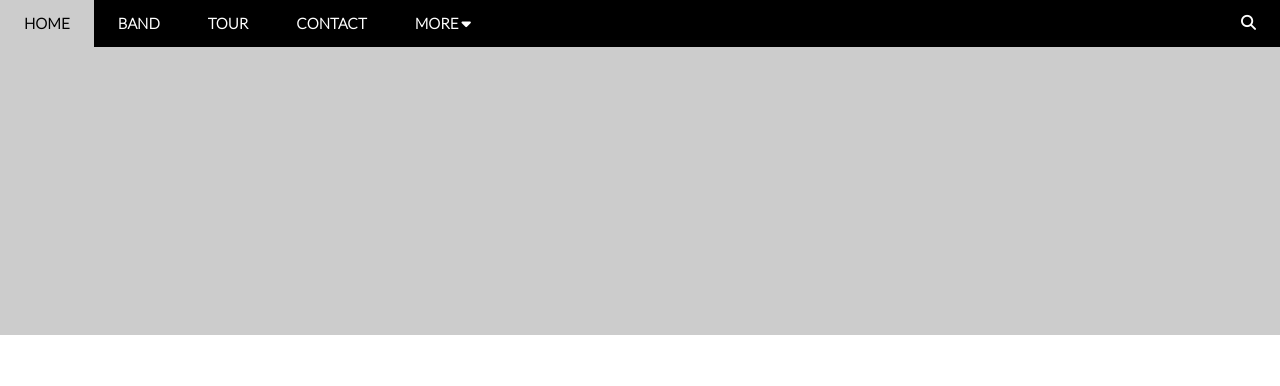
Repository: vanmanhAI/project-03-w3
Page: index.html
An editor plug-in stored every save of this project. The page is shown before and after a run of saves, followed by the edit.
The browser window is 1280 px wide. The pictures show the whole page.
Some web libraries are served in a nearby version.

Above is the page before, as saved 2022-07-09 21:29:08.

### index.html
<html lang="en">
<head>
    <meta charset="UTF-8">
    <meta http-equiv="X-UA-Compatible" content="IE=edge">
    <meta name="viewport" content="width=device-width, initial-scale=1.0">
    <title>Document</title>
    <link rel="stylesheet" href="./assets/css/style.css">
    <!-- icons -->
    <link rel="stylesheet" href="https://cdnjs.cloudflare.com/ajax/libs/font-awesome/6.1.1/css/all.min.css" integrity="sha512-KfkfwYDsLkIlwQp6LFnl8zNdLGxu9YAA1QvwINks4PhcElQSvqcyVLLD9aMhXd13uQjoXtEKNosOWaZqXgel0g==" crossorigin="anonymous" referrerpolicy="no-referrer" />
    <!-- font -->
    <link rel="preconnect" href="https://fonts.googleapis.com">
<link rel="preconnect" href="https://fonts.gstatic.com" crossorigin>
<link href="https://fonts.googleapis.com/css2?family=Lato:wght@300&display=swap" rel="stylesheet">
</head>
<body>
    <div id="main">
        <div id="header">
            <ul id="nav">
                <li><a href="#">home</a></li>
                <li><a href="#">band</a></li>
                <li><a href="#">tour</a></li>
                <li><a href="#">contact</a></li>
                <li>
                    <a href="#">
                        more
                        <i class="fa-solid fa-caret-down subnav-caret"></i>
                    </a>
                    <ul class="subnav">
                        <li><a href="#">merchandise</a></li>
                        <li><a href="#">extras</a></li>
                        <li><a href="#">media</a></li>
                    </ul>
                </li>
            </ul>
            <i class="fa-solid fa-magnifying-glass header-search"></i>
        </div>

        <div id="slider"></div>

        <div id="content"></div>

        <div id="footer"></div>
    </div>
</body>
</html>

### assets/css/style.css
* {
    padding: 0;
    margin: 0;
    box-sizing: border-box;
}
html {
    font-size: 62.5%;
}
:root {
    --lineheight-nav: 2.25rem;
    --padding-nav: 1.2rem;
}
#main {

}
#header {
    position: fixed;
    top: 0;
    left: 0;
    right: 0;
    background: #000;
    font-size: 1.5rem;
    font-family: 'Lato', sans-serif;
    font-weight: bold;
    line-height: var(--lineheight-nav);
}
#header:after {
    content: "";
    display: block;
    clear: both;
}
#header .header-search {
    color: #fff;
    display: block;
    float: right;
    padding: var(--padding-nav) 2.4rem;
    line-height: var(--lineheight-nav);
    cursor: pointer;
}
#header .header-search:hover {
    background: #f44336
}
#header #nav>li {
    position: relative;
    text-align: center;
    cursor: pointer;
    float: left;
    padding: var(--padding-nav) 2.4rem;
}
#header #nav>li:last-child:hover .subnav {
    width: 16rem;
}
#header #nav li:hover {
    background: #ccc;
}
#header #nav>li:hover>a {
    color: #000;
}
#nav li {
    list-style-type: none;
    position: relative;
}
#nav li .subnav-caret {
    text-transform: none;
    text-align: center;
}
#nav li a {
    color: #fff;
    text-decoration: none;
    text-transform: uppercase;
}
#nav .subnav {
    position: absolute;
    width: 0;
    overflow: hidden;
    z-index: 1;
    top: 100%;
    left: 0;
    background: #fff;
    color: #000;
    box-shadow: 0 0 10px 0 #ccc;
    transition: width 0.3s linear;
}
#nav .subnav li {
    padding: 0.8rem 1.6rem;
    text-align: left;
    min-width: 16rem;
}
#nav .subnav li a {
    color: #000;
    text-transform: capitalize;
}
#slider {
    margin-top: calc(var(--lineheight-nav) + var(--padding-nav));
    height: 300px;
    background: #ccc
}
#content {

}
#footer {

}

After the next 2 saves:
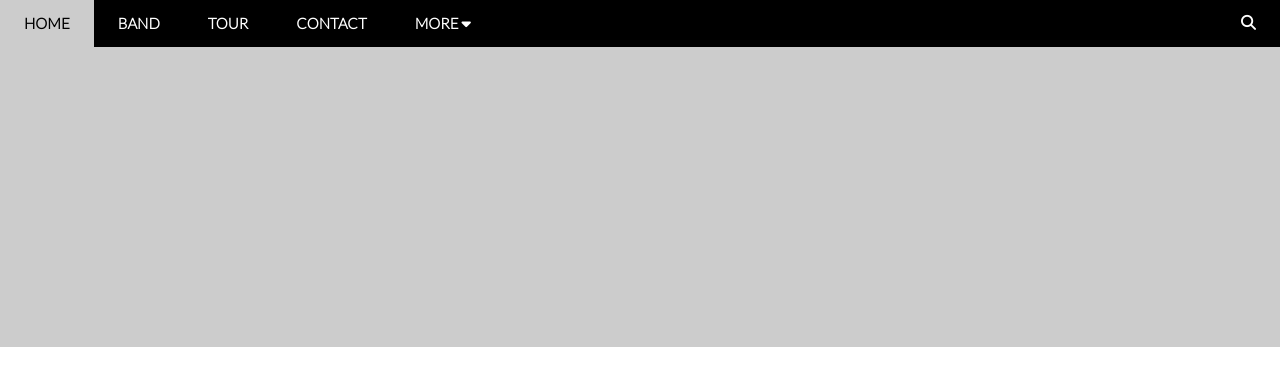
The 2 saves are shown as one change because they came seconds apart.
The last was saved 84 s later.
--- a/assets/css/style.css
+++ b/assets/css/style.css
@@ -91,7 +91,7 @@
     text-transform: capitalize;
 }
 #slider {
-    margin-top: calc(var(--lineheight-nav) + var(--padding-nav));
+    margin-top: calc(var(--lineheight-nav) + 2*var(--padding-nav));
     height: 300px;
     background: #ccc
 }
